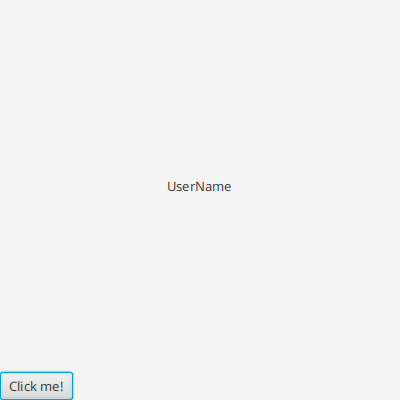
Repository: Tomcat-Seaotter/Java
Program's window: java code14/Lesson41/src/application/Lesson42.java
The author's editor kept a copy of each file at every save. The program's window is drawn from the files as they stood at one save, then again after the next save.
It runs on Java 21 on a 1366 x 768 screen with JavaFX 11; the title bar is not drawn.

Above is the program's window before, as saved 2018-12-21 23:04:06.

After the next save:
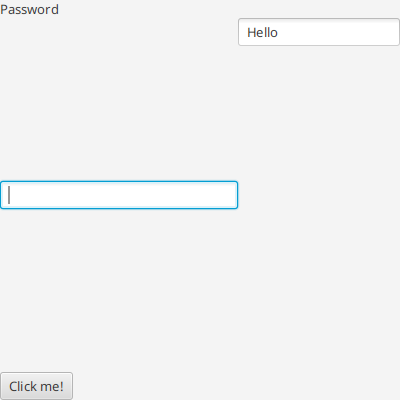
Saved 4 min 39 s later.
--- a/code14/Lesson41/src/application/Lesson42.java
+++ b/code14/Lesson41/src/application/Lesson42.java
@@ -15,11 +15,16 @@
 		// TODO Auto-generated method stub
 		Label lab1 = new Label();
 		lab1.setText("UserName");
+		Label lab2 = new Label();
+		lab1.setText("Password");
 		TextField tx1 = new TextField();
+		TextField tx2 = new TextField("Hello");
 		Button btn1 = new Button("Click me!");
 		BorderPane pane1 = new BorderPane();
-		pane1.setCenter(lab1);
-//		pane1.setCenter(tx1);
+		pane1.setTop(lab1);
+		pane1.setLeft(lab2);
+		pane1.setCenter(tx1);
+		pane1.setRight(tx2);
 		pane1.setBottom(btn1);
 		Scene scene1 = new Scene(pane1,400,400);
 		stage.setTitle("BorderPane");
